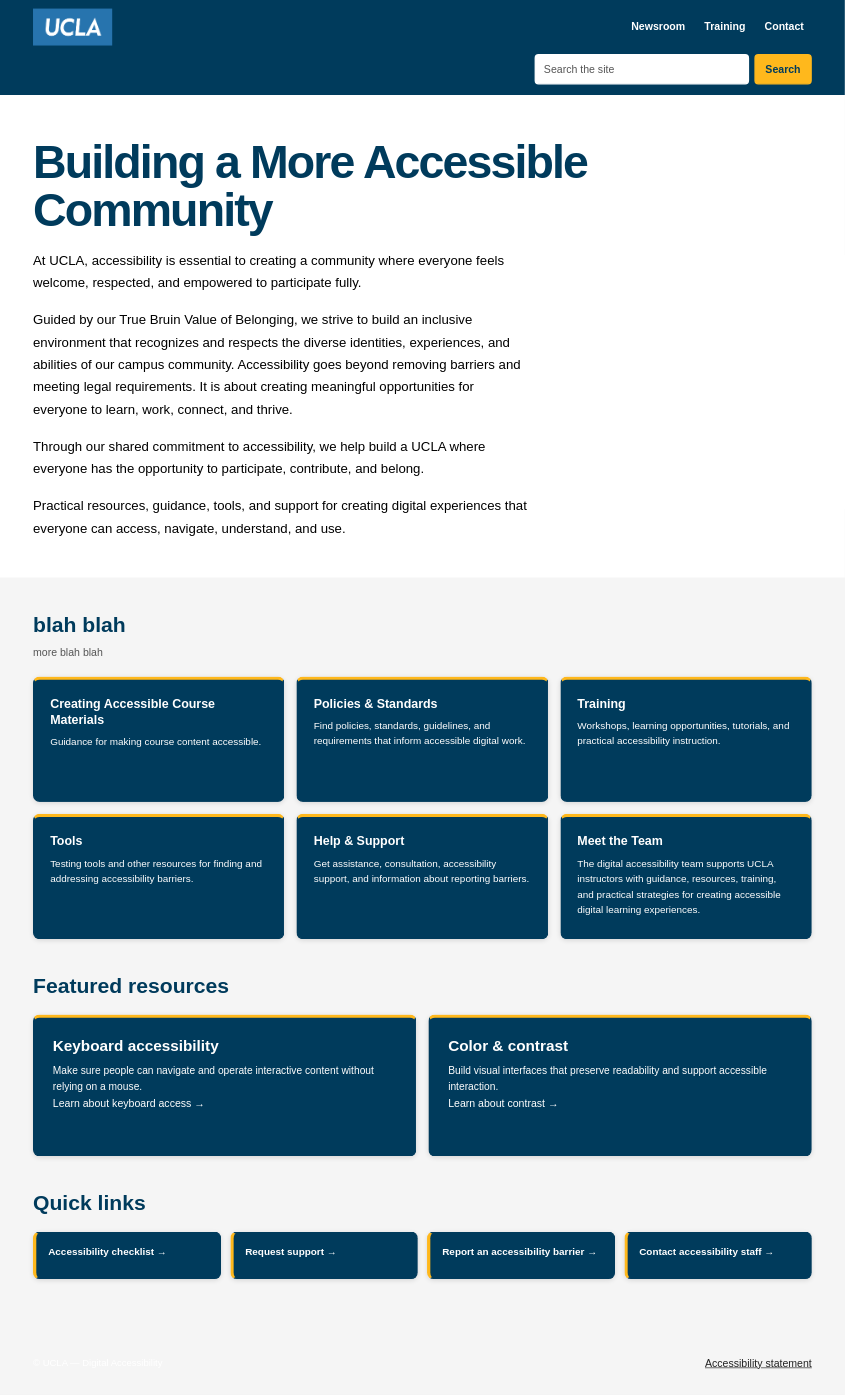
Repository: PSunnywell/UCLA-A11y-barrier-page
Page: index.html
The author's editor kept a copy of each file at every save. The page is drawn from the files as they stood at one save, then again after the next save.
The browser window is 1280 px wide. The pictures show the whole page, at 66% of full size.

Above is the page before, as saved 2026-10-13 16:10:10.
Not found: search.js

After the next save:
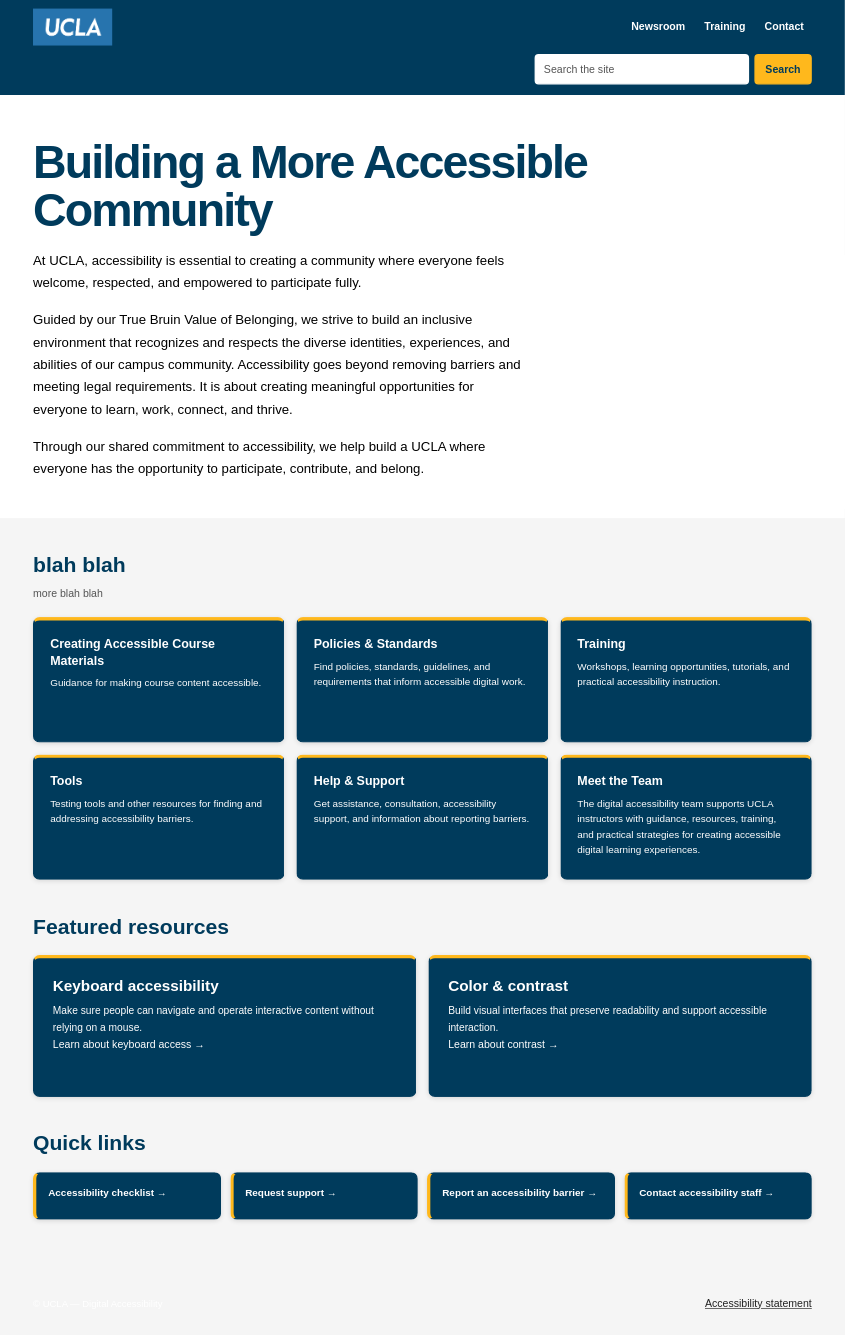
Saved 8 min 8 s later.
--- a/index.html
+++ b/index.html
@@ -3,7 +3,7 @@
 <head>
   <meta charset="UTF-8">
   <meta name="viewport" content="width=device-width, initial-scale=1.0">
-  <meta name="description" content="Use these resources to build accessible teaching and learning materials.">
+  <meta name="description" content="Accessibility Resources for UCLA">
   <title>Accessibility Resources</title>
   <link rel="stylesheet" href="styles.css">
 </head>
@@ -17,8 +17,8 @@
 
       </a>
       <nav class="primary-nav" aria-label="Primary navigation">
+
         <ul>
-
           <li><a href="https://newsroom.ucla.edu/">Newsroom</a></li>
           <li><a href="training.html">Training</a></li>
           <li><a href="contact.html">Contact</a></li>
@@ -56,11 +56,6 @@
 
 <p>Through our shared commitment to accessibility, we help build a UCLA where everyone has the opportunity to participate, contribute, and belong.</p>
 
-      <p>
-        Practical resources, guidance, tools, and support
-        for creating digital experiences that everyone can
-        access, navigate, understand, and use.
-      </p>
 
     </div>
 
